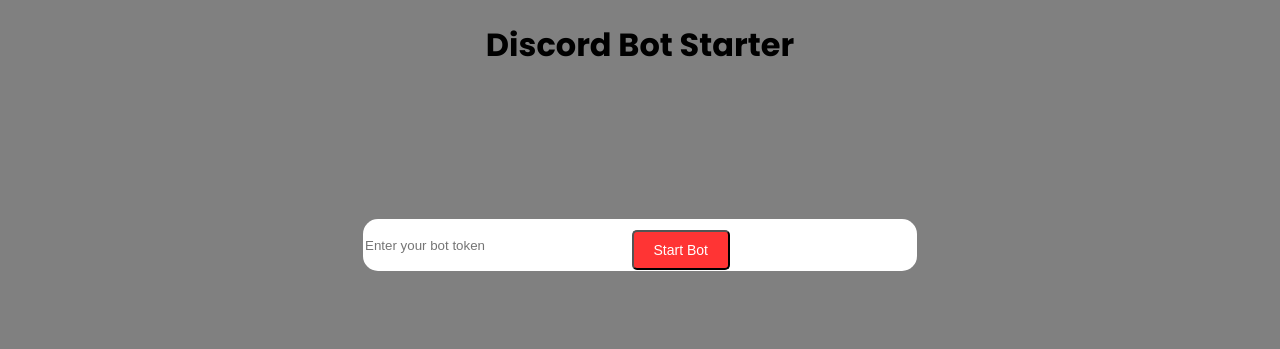
Repository: ranger2202/discord-bot-panel
Page: ranger-bot-runner/app/templates/landing.html
The author's editor kept a copy of each file at every save. The page is drawn from the files as they stood at one save, then again after a run of saves.
The browser window is 1280 px wide. The pictures show the whole page.

Above is the page before, as saved 2023-12-30 12:12:05.

After the next 3 saves:
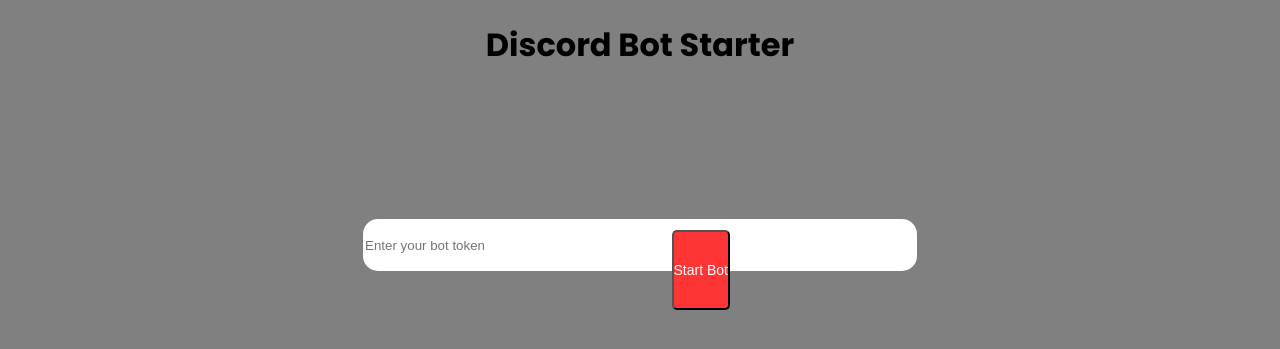
The 3 saves are shown as one change because they came seconds apart.
The last was saved 16 s later.
--- a/ranger-bot-runner/app/static/landing.css
+++ b/ranger-bot-runner/app/static/landing.css
@@ -9,7 +9,7 @@
     right: 550px;
     top: 230px;
     display: inline-block;
-    padding: 10px 20px;
+    padding: 30px 0px;
     font-size: 14px;
     text-decoration: none;
     color: #ffffff;
